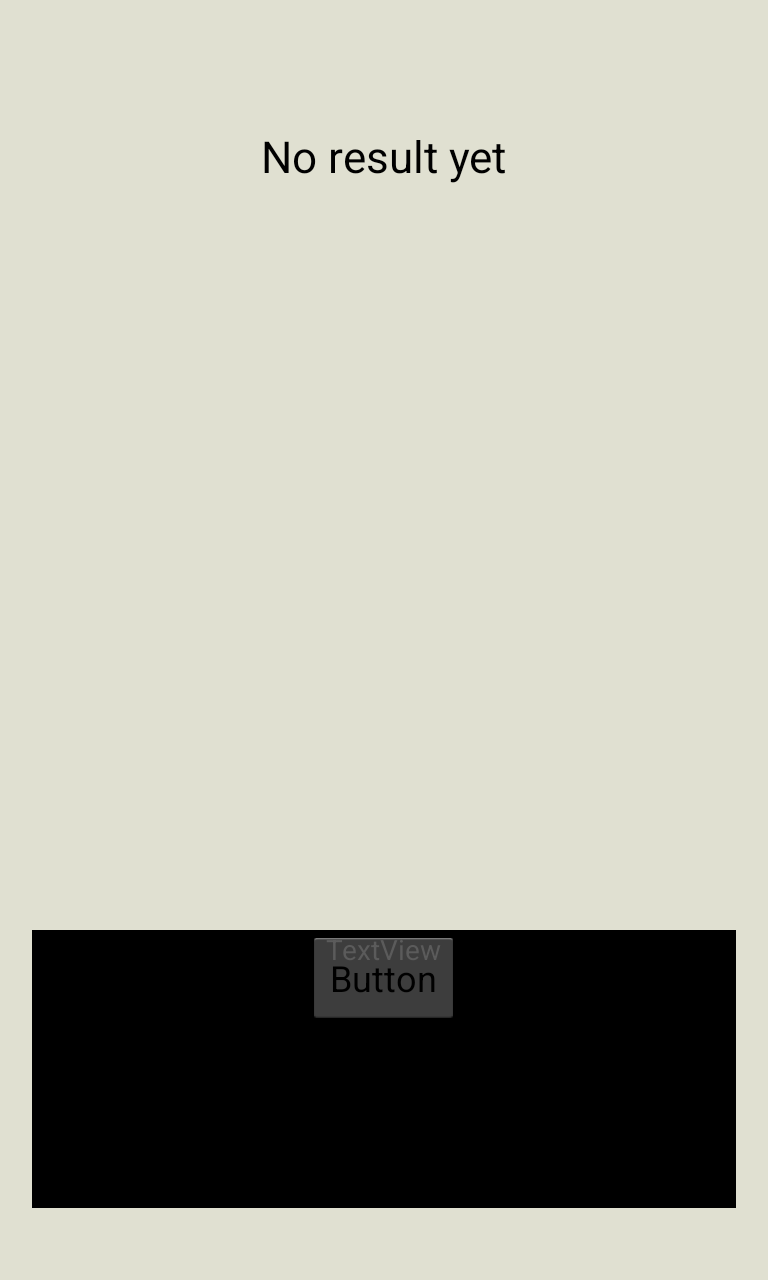
Repository: Kitsopappas/QBIReader
Layout: QBIReader/res/layout/activity_main.xml
An editor plug-in stored every save of this project. The layout is shown before and after the next save, followed by the edit.
It is drawn on a 768 x 1280 px phone screen (xhdpi) without system bars, with theme AppTheme; the app's code is not run.

Above is the layout before, as saved 2015-03-09 01:16:00.

### QBIReader/res/layout/activity_main.xml
<RelativeLayout xmlns:android="http://schemas.android.com/apk/res/android"
    xmlns:tools="http://schemas.android.com/tools"
    android:layout_width="match_parent"
    android:layout_height="match_parent"
    android:background="#e0e0d1"
    android:paddingBottom="@dimen/activity_vertical_margin"
    android:paddingLeft="@dimen/activity_horizontal_margin"
    android:paddingRight="@dimen/activity_horizontal_margin"
    android:paddingTop="@dimen/activity_vertical_margin"
    tools:context="com.qbireader.MainActivity" >

    <TextView
        android:id="@+id/result"
        android:layout_width="wrap_content"
        android:layout_height="wrap_content"
        android:layout_alignParentTop="true"
        android:layout_centerHorizontal="true"
        android:layout_marginTop="47dp"
        android:text="@string/result"
        android:textAppearance="?android:attr/textAppearanceLarge" />

    <RelativeLayout
        android:id="@+id/relativeLayout1"
        android:layout_width="match_parent"
        android:layout_height="wrap_content"
        android:layout_alignParentBottom="true"
        android:layout_centerHorizontal="true"
        android:layout_marginBottom="20dp"
        android:background="#000000" >

        <TextView
            android:id="@+id/pts"
            android:layout_width="wrap_content"
            android:layout_height="wrap_content"
            android:layout_alignParentTop="true"
            android:layout_centerHorizontal="true"
            android:layout_marginBottom="120dp"
            android:text="TextView" />

        <Button
            android:id="@+id/scan"
            android:layout_width="wrap_content"
            android:layout_height="wrap_content"

            android:layout_alignParentTop="true"
            android:layout_centerHorizontal="true"
            android:text="Button" />
    </RelativeLayout>

</RelativeLayout>

### QBIReader/res/values/strings.xml
<?xml version="1.0" encoding="utf-8"?>
<resources>

    <string name="app_name">QBI Reader</string>
    <string name="hello_world">Hello world!</string>
    <string name="action_settings">Settings</string>
      <string name="result">No result yet</string>

</resources>

Loaded but not shown: QBIReader/res/values/styles.xml (common file); QBIReader/res/values-v11/styles.xml (common file); QBIReader/res/values-v14/styles.xml (common file); QBIReader/res/values/dimens.xml (common file); QBIReader/res/values-w820dp/dimens.xml (common file)

After the next save:
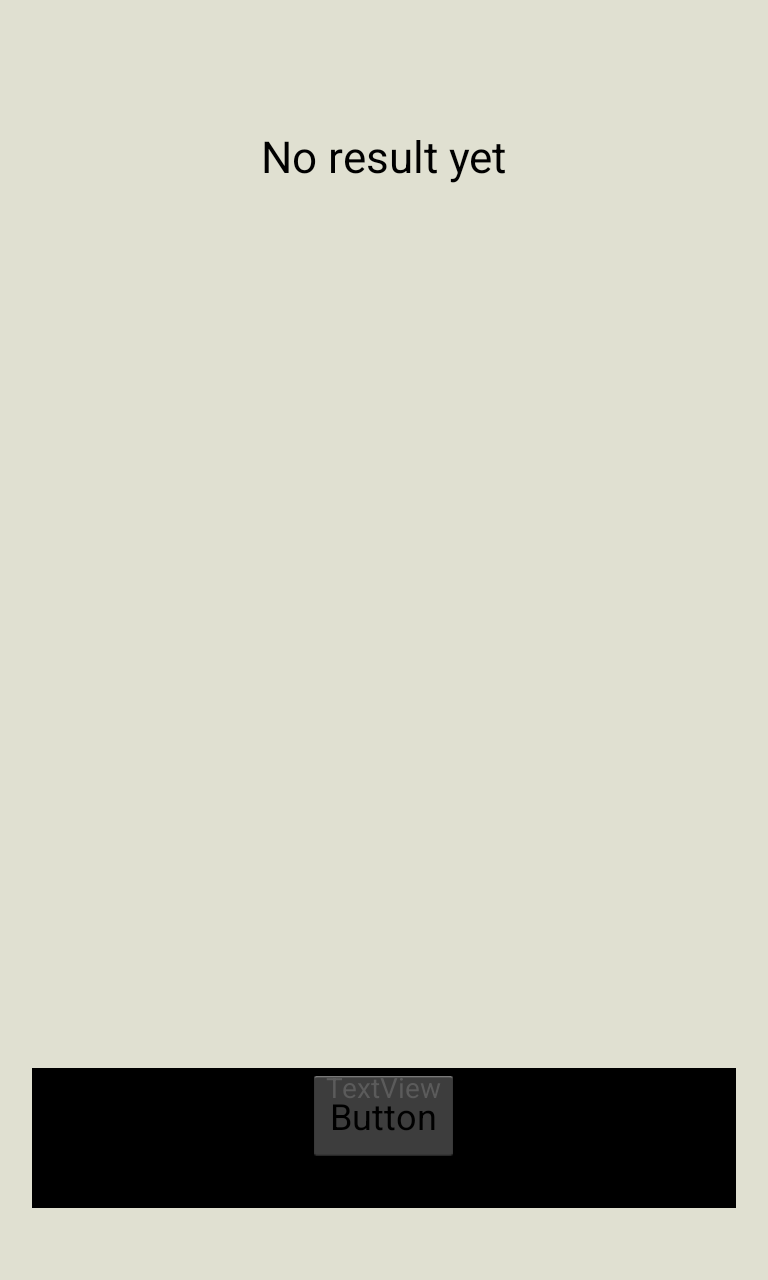
Saved 12 s later.
--- a/QBIReader/res/layout/activity_main.xml
+++ b/QBIReader/res/layout/activity_main.xml
@@ -22,7 +22,7 @@
     <RelativeLayout
         android:id="@+id/relativeLayout1"
         android:layout_width="match_parent"
-        android:layout_height="wrap_content"
+        android:layout_height="70dp"
         android:layout_alignParentBottom="true"
         android:layout_centerHorizontal="true"
         android:layout_marginBottom="20dp"
